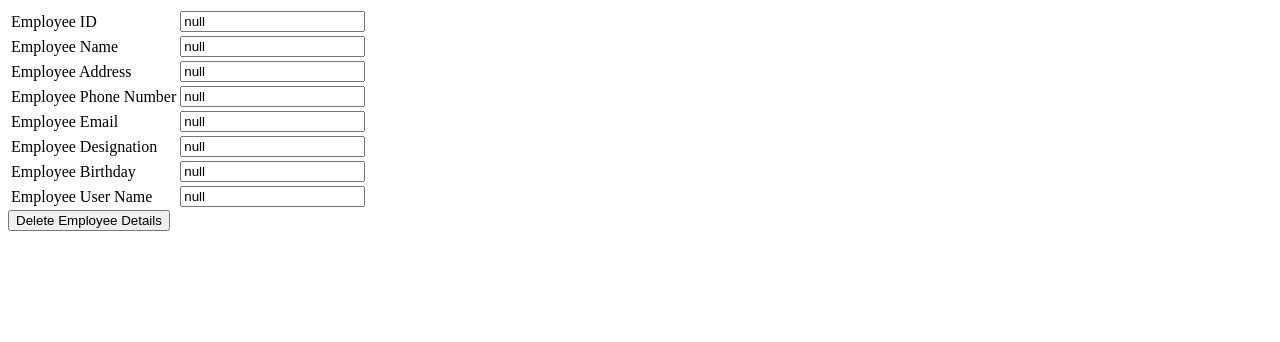
Repository: IT20643218/Employee-Management-System-OOP-Project-20-Y2S2
Page: http://localhost/EmployeeDemo/DeleteEmployee.jsp
These files come from the project's save history. The page is drawn as it stood at one moment and after the next save; the edit follows.
The browser window is 1280 px wide. The pictures show the whole page.
The page is served by Tomcat 9. Nobody is signed in. The application's start-up code is not run. Other server files are loaded and not shown.

Above is the page before, as saved 2021-09-29 17:03:35.

### Java_Project/EmployeeDemo/src/main/webapp/DeleteEmployee.jsp
<%@ page language="java" contentType="text/html; charset=ISO-8859-1"
    pageEncoding="ISO-8859-1"%>
<!DOCTYPE html>
<html>
<head>
<meta charset="ISO-8859-1">
<title>Employee Account Delete Page</title>
</head>
<body>

<%
	String id = request.getParameter("id");
	String name = request.getParameter("name");
	String address = request.getParameter("address");
	String phonenumber = request.getParameter("phone");
	String email = request.getParameter("email");
	String designation = request.getParameter("designation");
	String birthday = request.getParameter("birthday");
	String username = request.getParameter("username");
	String password = request.getParameter("password");
%>

<form action="delete" method ="post">
<table>
<tr>
<td>Employee ID</td>
<td><input type="text" name="id" value="<%=id %>" readonly ></td>
</tr>

<tr>
<td>Employee Name</td>
<td><input type="text" name="name" value ="<%=name %>" readonly></td>
</tr>

<tr>
<td>Employee Address</td>
<td><input type="text" name="address" value ="<%=address %>" readonly></td>
</tr>

<tr>
<td>Employee Phone Number</td>
<td><input type="text" name="phone" value ="<%=phonenumber %>" readonly></td>
</tr>

<tr>
<td>Employee Email</td>
<td><input type ="text" name="email" value="<%=email %>" readonly></td>
</tr>

<tr>
<td>Employee Designation</td>
<td><input type="text" name="designation" value="<%=designation %>" readonly></td>
</tr>

<tr>
<td>Employee Birthday</td>
<td><input type="text" name="birthday" value="<%=birthday %>" readonly></td>
</tr>

<tr>
<td>Employee User Name</td>
<td><input type="text" name="username" value="<%=username %>" readonly></td>
</tr>


</table>
<input type="submit" name="submit" value="Delete Employee Details"><br>

</form>
</body>
</html>

After the next save:
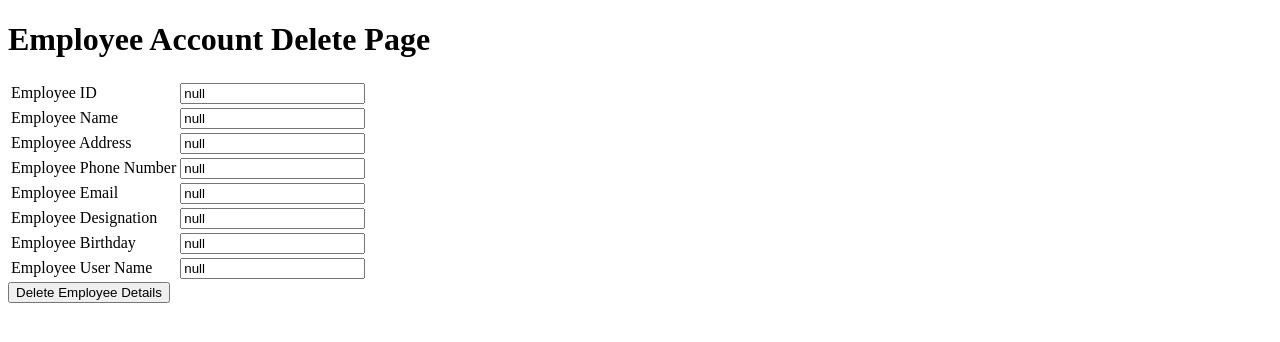
Saved 30 s later.
--- a/Java_Project/EmployeeDemo/src/main/webapp/DeleteEmployee.jsp
+++ b/Java_Project/EmployeeDemo/src/main/webapp/DeleteEmployee.jsp
@@ -7,7 +7,7 @@
 <title>Employee Account Delete Page</title>
 </head>
 <body>
-
+<h1>Employee Account Delete Page</h1>
 <%
 	String id = request.getParameter("id");
 	String name = request.getParameter("name");
